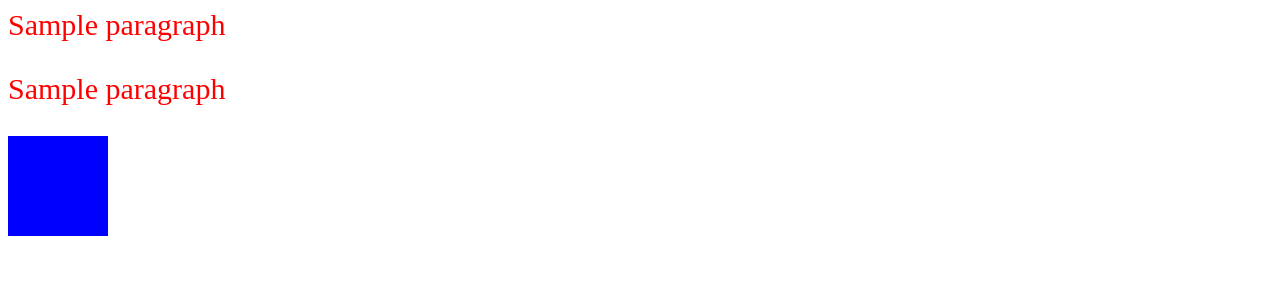
Repository: Sayan-100/Javascript
Page: Javascript Coding/Jquery/Jquery2/index.html
The author's editor kept a copy of each file at every save. The page is drawn from the files as they stood at one save, then again after the next save.
The browser window is 1280 px wide. The pictures show the whole page.

Above is the page before, as saved 2022-01-25 22:06:18.

### Javascript Coding/Jquery/Jquery2/index.html
<html>

<head>

</head>

<body>
    <p id="para1">
        <a>Sample paragraph </a>
    </p>
    <p id="para2">Sample paragraph</p>

    <div></div>

    <script src="https://code.jquery.com/jquery-3.6.0.js" integrity="sha256-H+K7U5CnXl1h5ywQfKtSj8PCmoN9aaq30gDh27Xc0jk=" crossorigin="anonymous"></script>
    <!-- <script src="jquery-3.6.0.js"></script> -->
    <script src="script.js"></script>
</body>

</html>

### Javascript Coding/Jquery/Jquery2/script.js
// $('#para1').css('color', 'red');
// $('p').css('color', 'blue');
// $('p').css('fontSize', '30px');

$('p').css({
    fontSize: "30px",
    color: "red"
});

$('div').css({
    height: "100px",
    width: "100px",
    backgroundColor: "blue"
})

// $('div').click(function() {
//     alert("Div clicked");
// });

$('div').on('click', function() {
    alert("Div is clicked here");
})

// .click()
// .focus()
// .blur()
// .change()
// .ready()

After the next save:
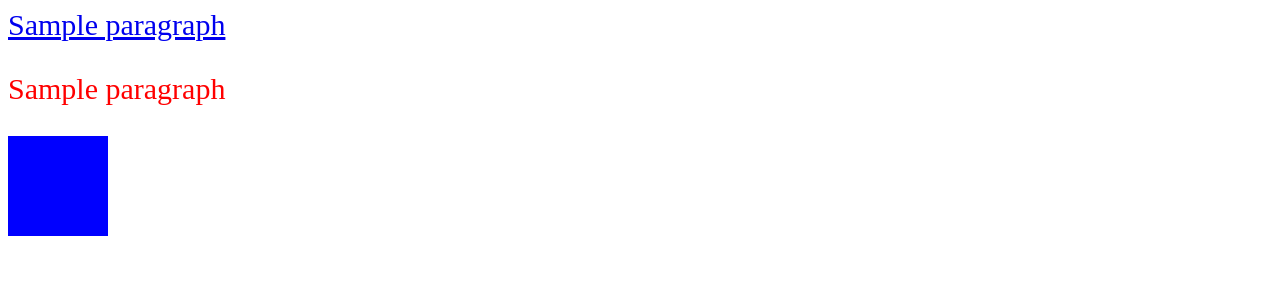
Saved 75 s later.
--- a/Javascript Coding/Jquery/Jquery2/index.html
+++ b/Javascript Coding/Jquery/Jquery2/index.html
@@ -6,7 +6,7 @@
 
 <body>
     <p id="para1">
-        <a>Sample paragraph </a>
+        <a href="https:/www.instgram.com">Sample paragraph </a>
     </p>
     <p id="para2">Sample paragraph</p>
 
